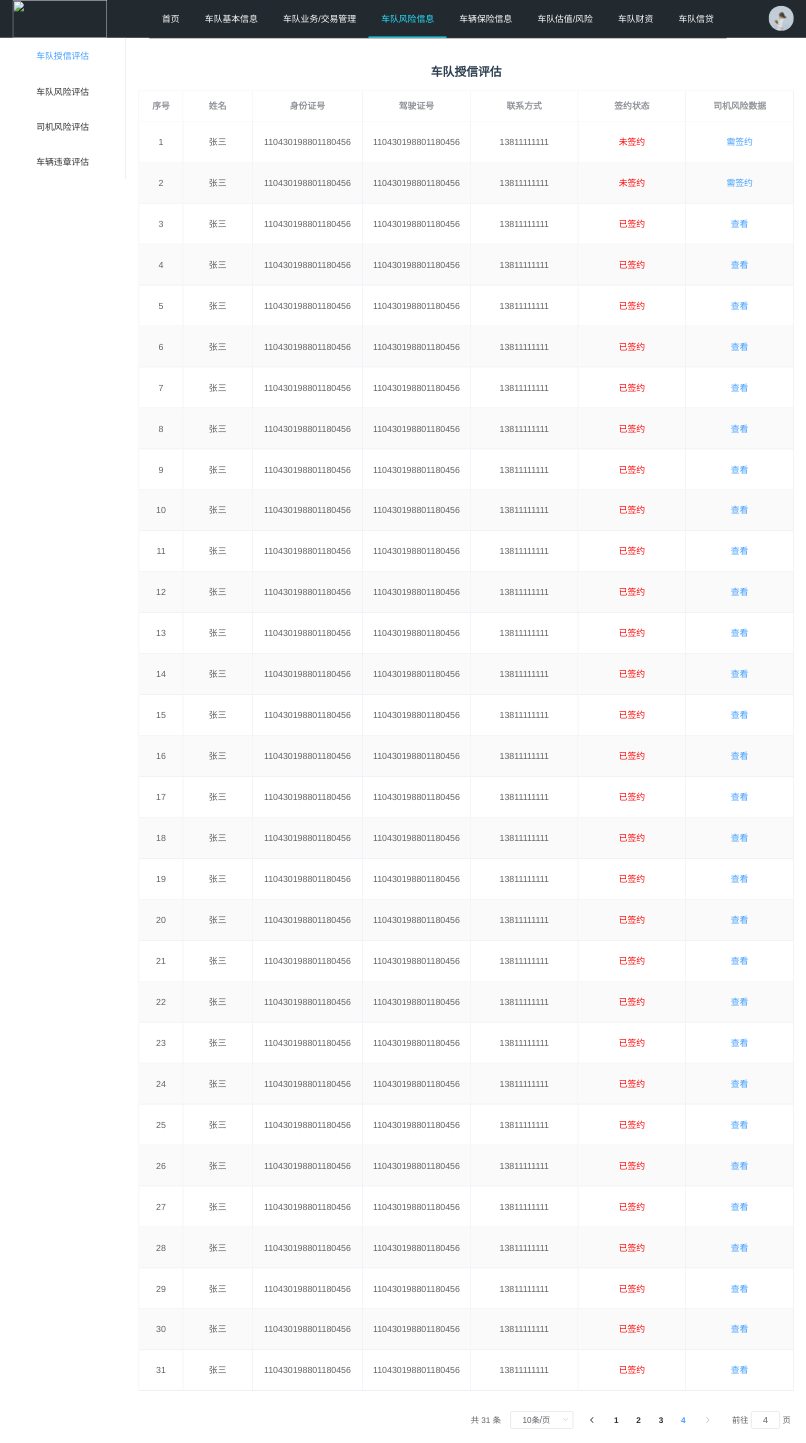
Repository: TheWomanLiketheWind/woodpecker
Page: /
The author's editor kept a copy of each file at every save. The page is drawn from the files as they stood at one save, then again after the next save.
The browser window is 1280 px wide. The pictures show the whole page, at 63% of full size.
The project was rebuilt for these pictures with package versions that can differ from the ones it lists, and the page was loaded fresh each time. Also part of the build but not shown: src/views/menuThird.vue.

Above is the page before, as saved 2019-07-26 09:08:55.

After the next save:
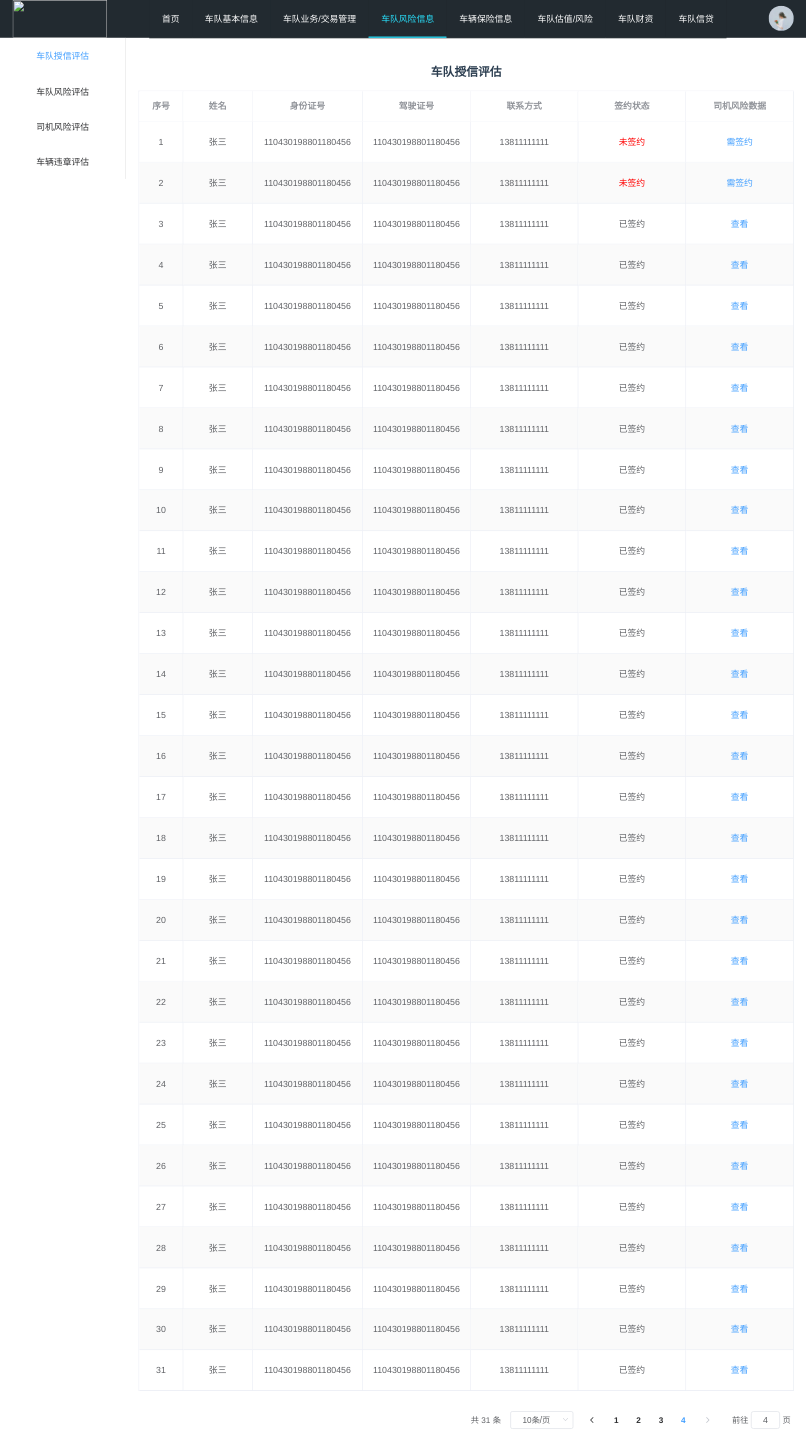
Saved 27 s later.
--- a/src/views/menuSecond.vue
+++ b/src/views/menuSecond.vue
@@ -40,7 +40,7 @@
                          label="签约状态"
                          align="center">
           <template slot-scope="scope">
-            <span class="signTypeColor">{{scope.row.signType === 0?'未签约':'已签约'}}</span>
+            <span :class="scope.row.signType === 0?'signTypeColor':''">{{scope.row.signType === 0?'未签约':'已签约'}}</span>
           </template>
         </el-table-column>
         <el-table-column label="司机风险数据"
